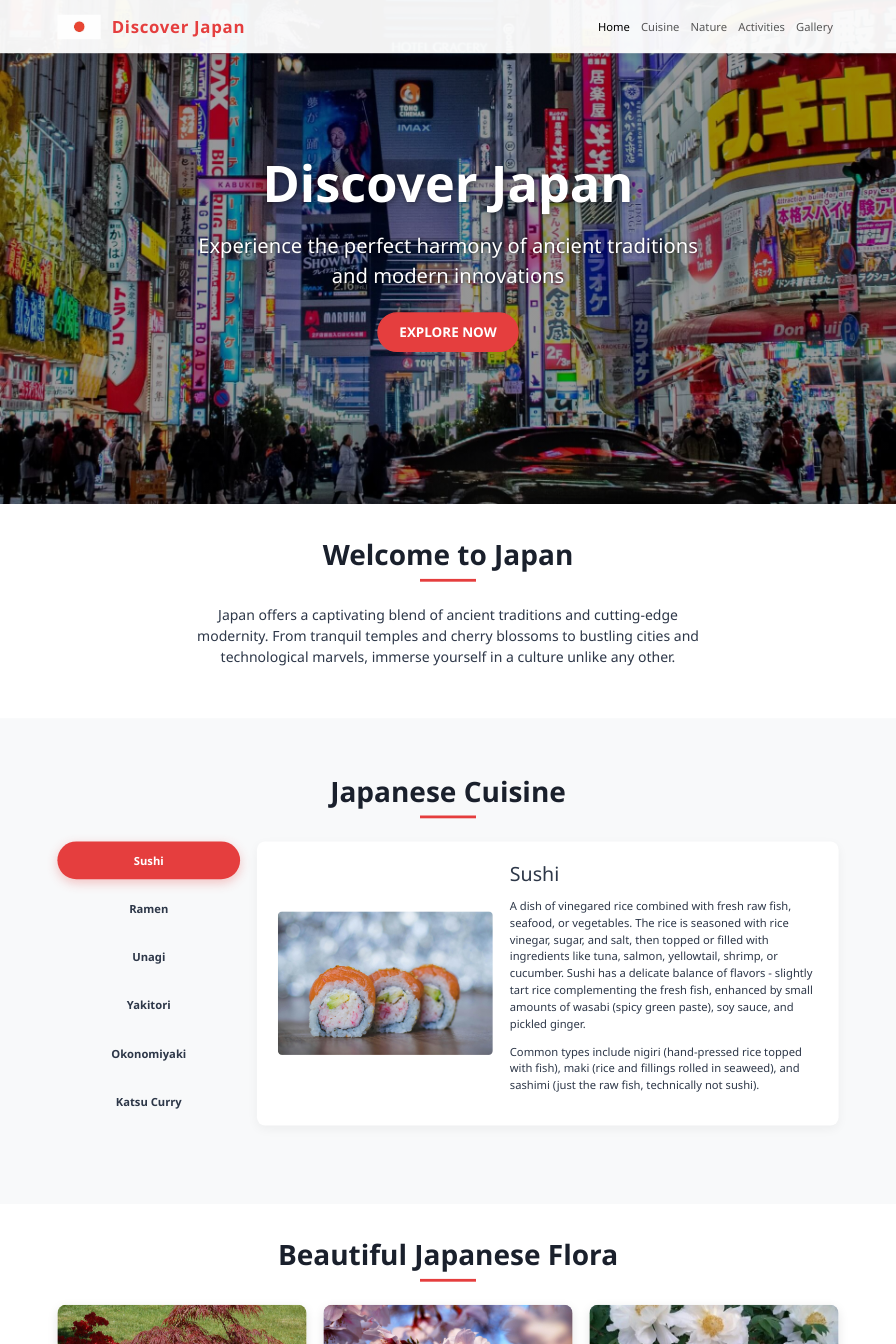
Repository: urielaracena/softwareDev
Page: project1/project1.html
The author's editor kept a copy of each file at every save. The page is drawn from the files as they stood at one save, then again after the next save.
The browser window is 1280 px wide. The pictures show the part of the page from y = 0 to 1920 px (the page is 5087 px tall), at 70% of full size.
Backgrounds fixed to the window are drawn as part of the page.

Above is the page before, as saved 2025-04-18 13:28:49.

After the next save:
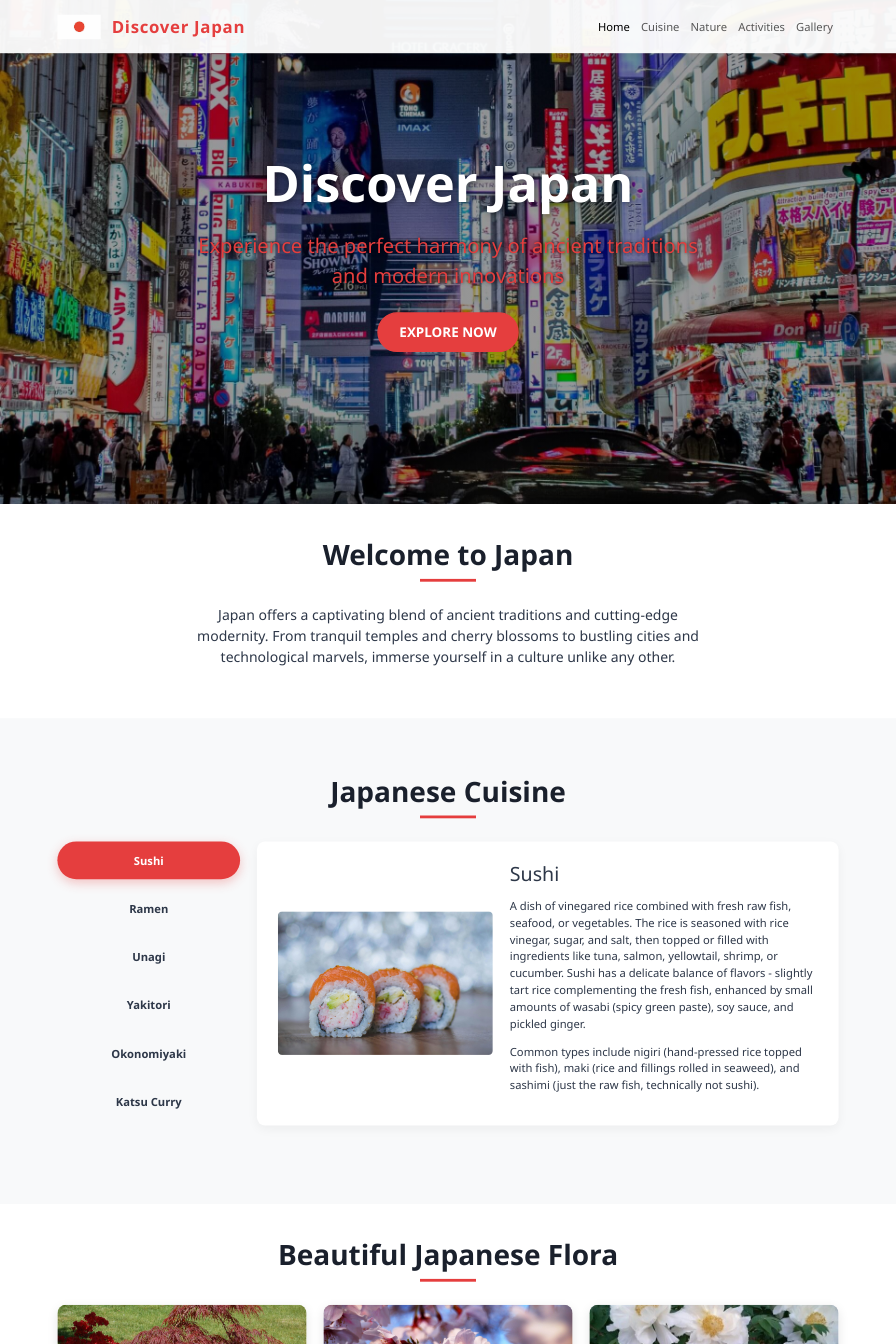
Saved 110 s later.
--- a/project1/project1style.css
+++ b/project1/project1style.css
@@ -61,6 +61,7 @@
   }
 
   .hero-subtitle {
+    color: var(--primary);
     font-size: 1.8rem;
     font-weight: 300;
     margin-bottom: 2rem;
